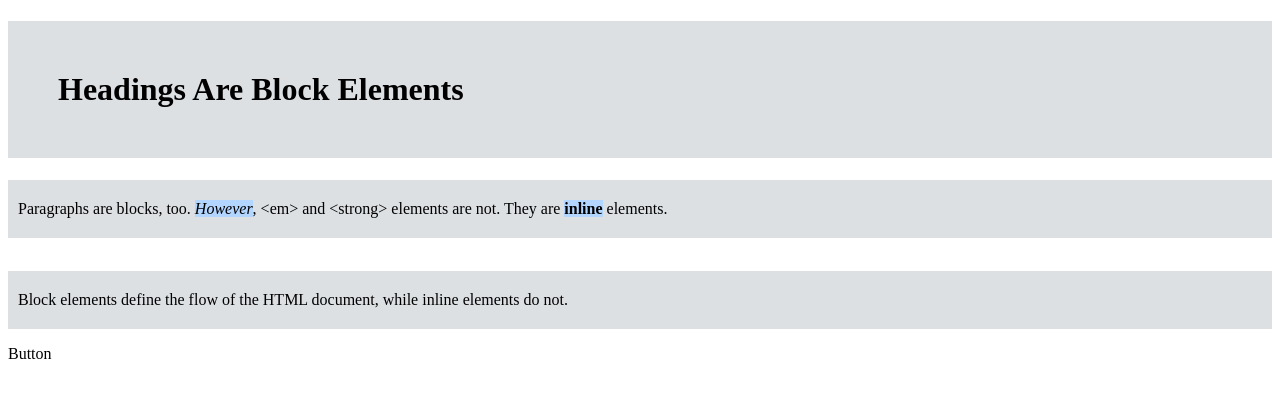
Repository: devinsheldon/CS-260
Page: CS260-F2022/environment/public_html/css-box-model/boxes.html
The author's editor kept a record of every edit. The page is drawn from the files as they stood at one moment, then again after the next edit.
The browser window is 1280 px wide. The pictures show the whole page.

Above is the page before.

### CS260-F2022/environment/public_html/css-box-model/boxes.html
<!DOCTYPE html>
<html lang='en'>
  <head>
    <meta charset='UTF-8'/>
    <title>Boxes Are Easy!</title>
    <link rel='stylesheet' href='box-styles.css'/>
  </head>
  <body>
    <h1>Headings Are Block Elements</h1>

    <p>Paragraphs are blocks, too. <em>However</em>, &lt;em&gt; and &lt;strong&gt;
       elements are not. They are <strong>inline</strong> elements.</p>

    <div style='padding-top: 1px'></div>  <!-- Now only consecutive elements can collapse into each other. -->

    <p>Block elements define the flow of the HTML document, while inline elements
       do not.</p>

    <div>Button</div>

  </body>
</html>

### CS260-F2022/environment/public_html/css-box-model/box-styles.css
h1, p {
  background-color: #DDE0E3;    /* Light gray */
}

h1 {
    padding: 50px;
}

p {
  padding-top: 20px;
  padding-bottom: 20px;
  padding-left: 10px;
  padding-right: 10px;
}

em, strong {
  background-color: #B2D6FF;    /* Light blue */
  display: inline;
}

After the next edit:
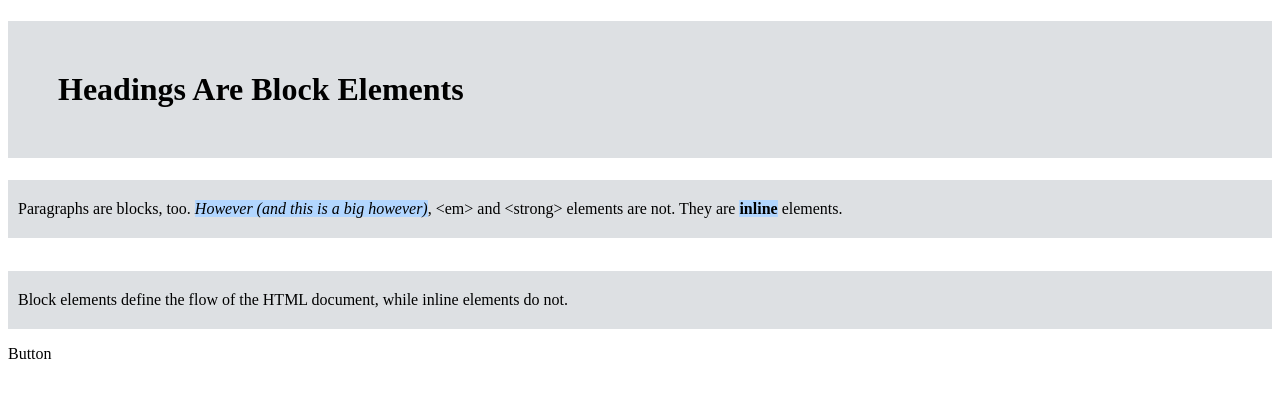
The edit:
--- a/CS260-F2022/environment/public_html/css-box-model/boxes.html
+++ b/CS260-F2022/environment/public_html/css-box-model/boxes.html
@@ -8,7 +8,7 @@
   <body>
     <h1>Headings Are Block Elements</h1>
 
-    <p>Paragraphs are blocks, too. <em>However</em>, &lt;em&gt; and &lt;strong&gt;
+    <p>Paragraphs are blocks, too. <em>However (and this is a big however)</em>, &lt;em&gt; and &lt;strong&gt;
        elements are not. They are <strong>inline</strong> elements.</p>
 
     <div style='padding-top: 1px'></div>  <!-- Now only consecutive elements can collapse into each other. -->
